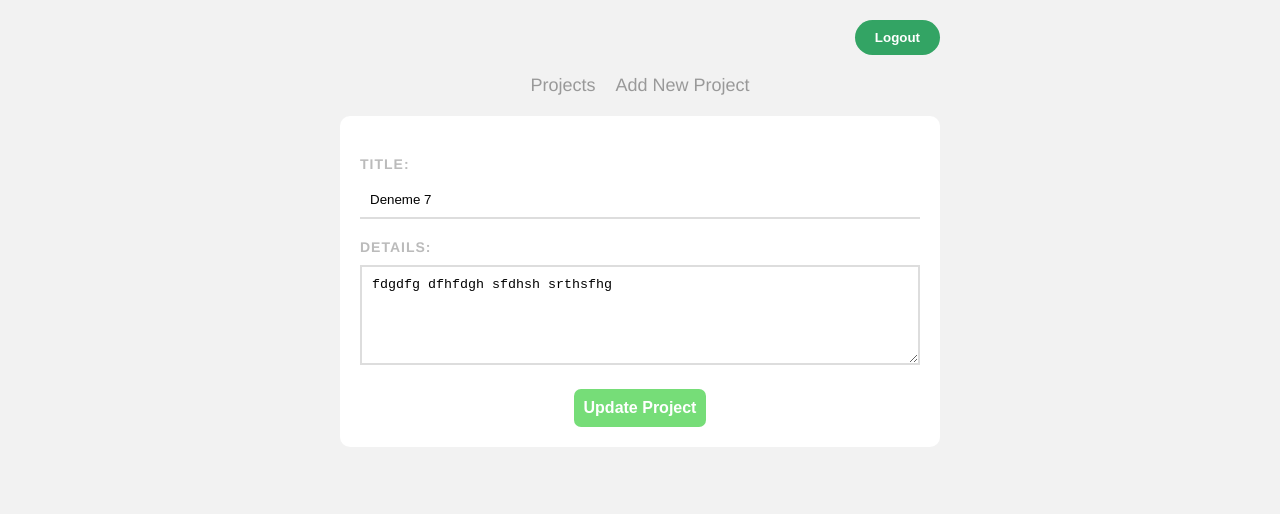
Repository: sercanisli/task-app
Page: /project/6
The author's editor kept a copy of each file at every save. The page is drawn from the files as they stood at one save, then again after the next save.
The browser window is 1280 px wide. The pictures show the whole page.
The project was rebuilt for these pictures with package versions that can differ from the ones it lists, and the page was loaded fresh each time. Requests to the local data server were answered from the project's data file. Also part of the build but not shown: vue.config.js, src/composables/useSignup.js, src/components/SignupForm.vue. Imported but missing from the stored project, and not drawn on this page: src/views/AddProject.vue.

Above is the page before, as saved 2024-05-07 23:26:18.

After the next save:
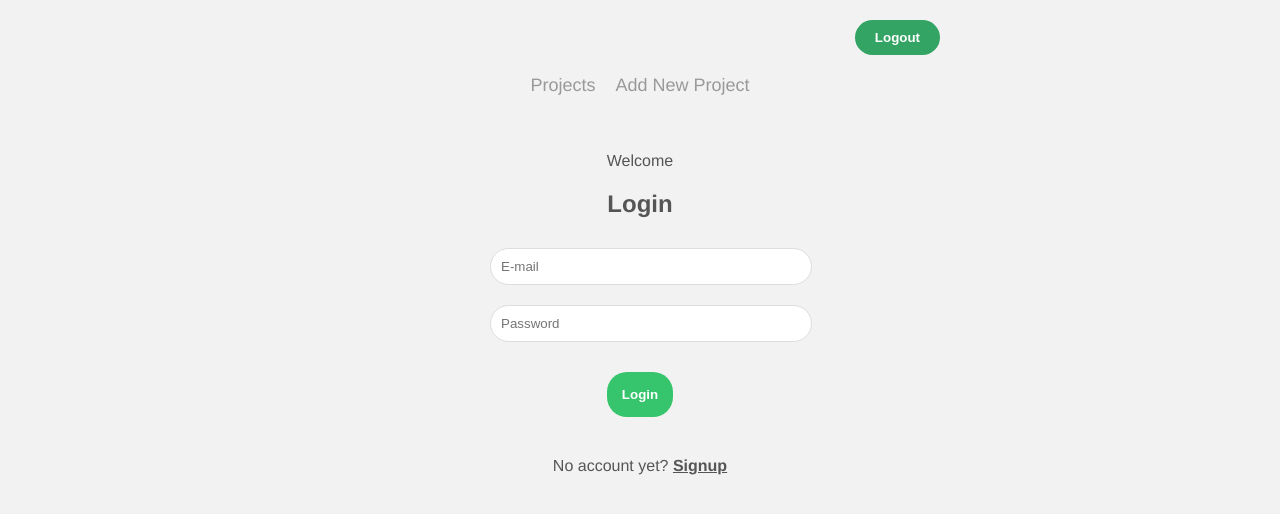
Saved 6 min 1 s later.
--- a/src/router/index.js
+++ b/src/router/index.js
@@ -1,5 +1,15 @@
 import { createRouter, createWebHistory } from 'vue-router'
 import Welcome from '../views/Welcome.vue'
+import { projectAuth } from '../firebase/config';
+
+const requireAuth = (to, from, next) => {
+  let user = projectAuth.currentUser;
+  if (!user) {
+    next({name:'welcome'})
+  } else {
+    next()
+  }
+}
 
 const routes = [
   {
@@ -10,18 +20,21 @@ const routes = [
   {
     path: '/add',
     name: 'AddProject',
-    component: () => import('../views/AddProject.vue')
+    component: () => import('../views/AddProject.vue'),
+    beforeEnter: requireAuth
   },
   {
     path: '/project/:id',
     name: 'EditProject',
     component: () => import('../views/EditProject.vue'),
-    props:true
+    props: true,
+    beforeEnter: requireAuth
   },
   {
     path: '/home',
     name: 'home',
     component: () => import('../views/Home.vue'),
+    beforeEnter: requireAuth
   }
 ]
 
